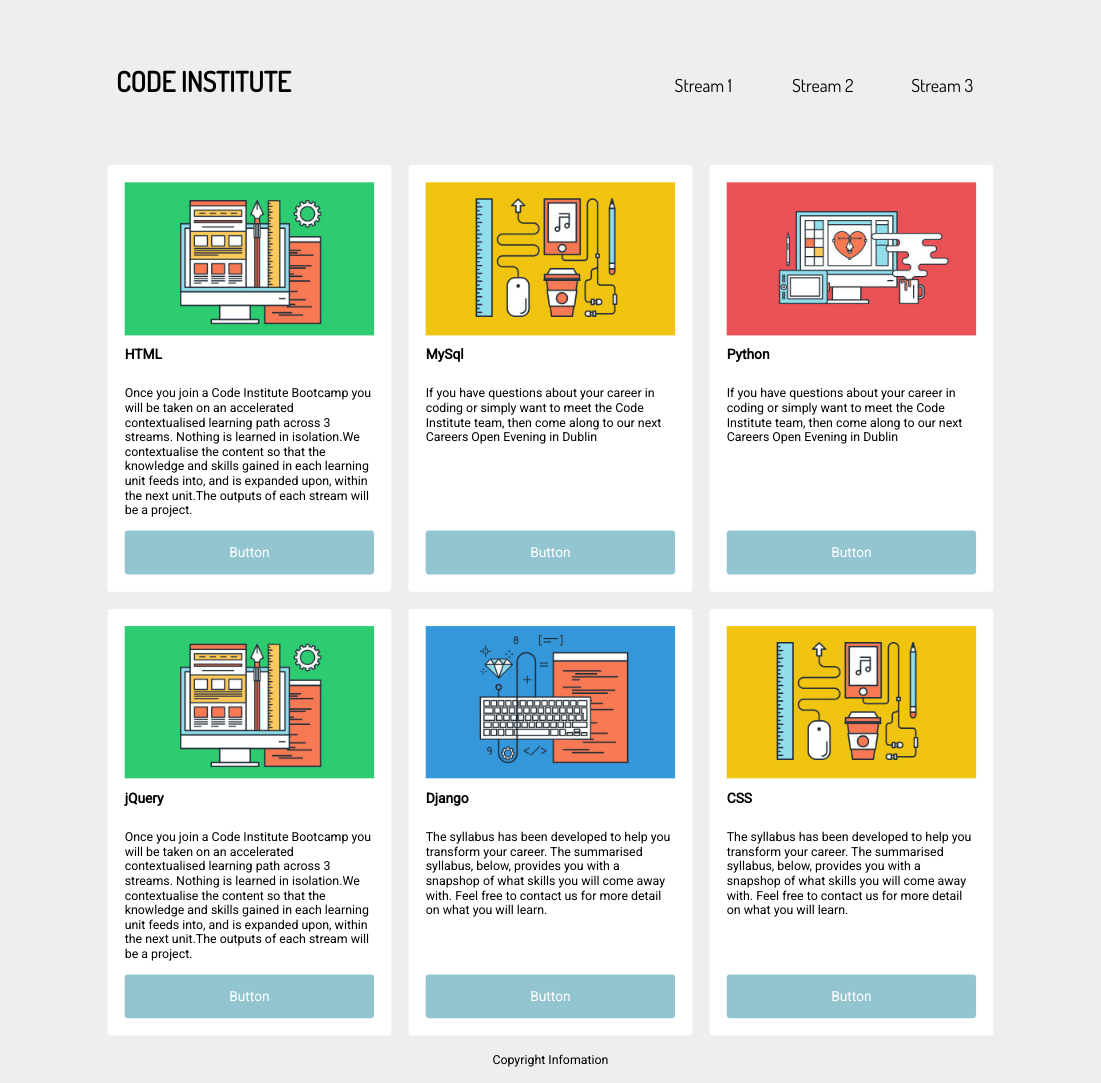
Repository: laurence100795/JQuery-Basics
Page: Cards-jquery.html
The author's editor kept a record of every edit. The page is drawn from the files as they stood at one moment, then again after the next edit.
The browser window is 1280 px wide. The pictures show the whole page, at 86% of full size.
Some web libraries are served in a nearby version.

Above is the page before.

After the next edit:
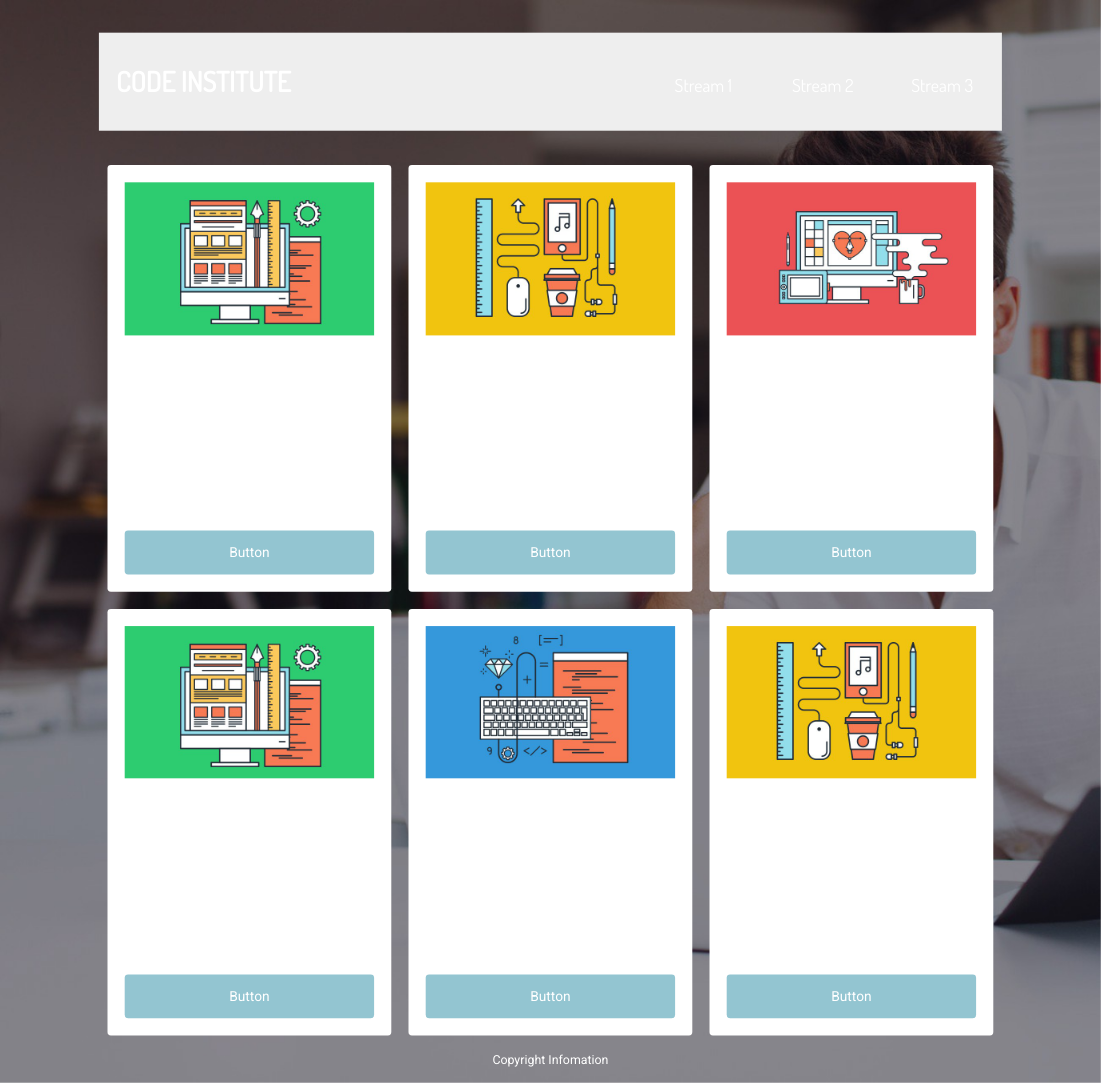
The edit:
--- a/style.css
+++ b/style.css
@@ -1,6 +1,6 @@
 body {
 	font-family: 'Roboto', sans-serif;
-	/*background-image: url(img/code-institute.jpg);
+	background-image: url(img/code-institute.jpg);
  	background-size: cover;
  	color: #ffffff;*/
  	background-color: #eee;
